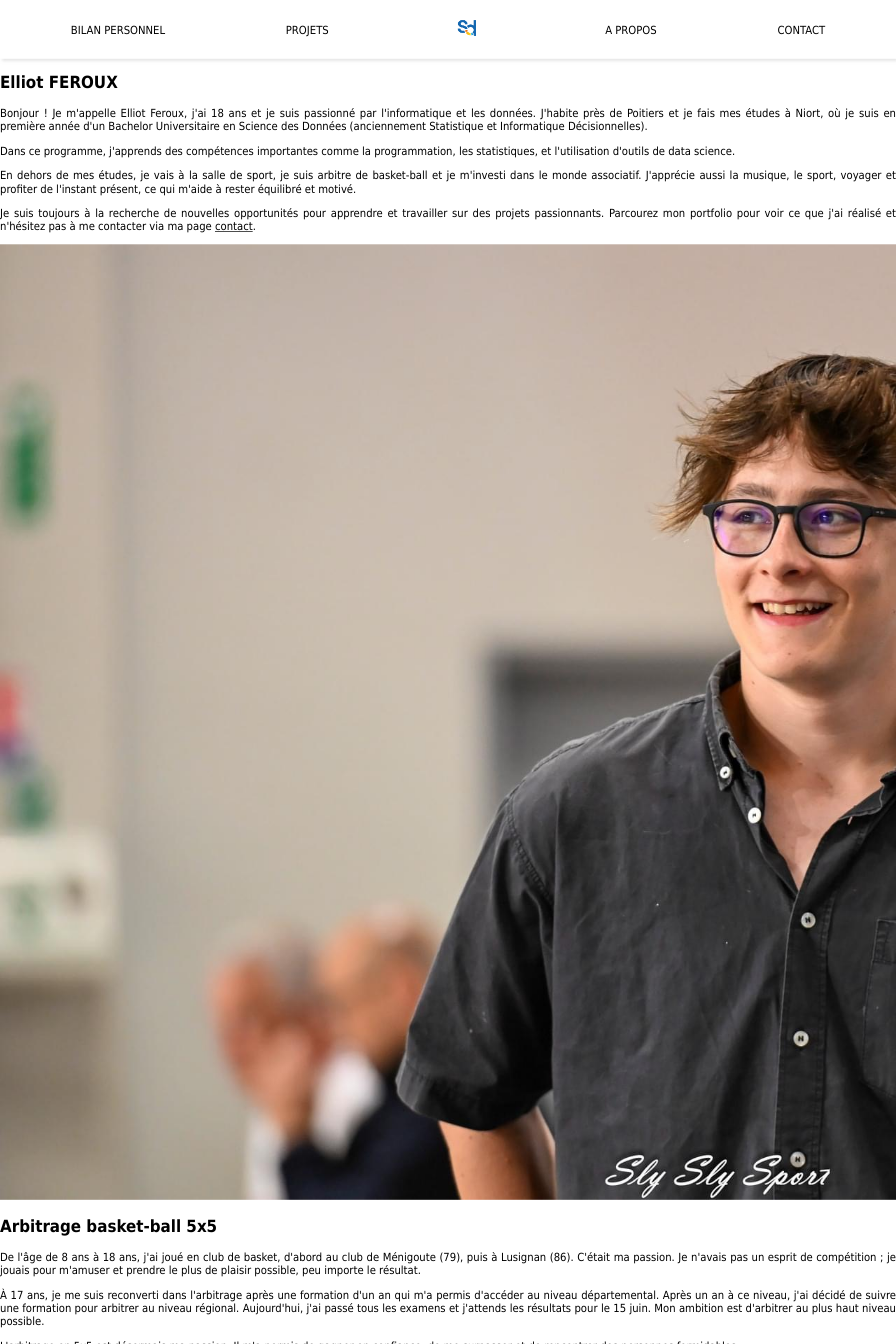
Repository: elliotfx/elliotfx.github.io
Page: html/apropos.html
An editor plug-in stored every save of this project. The page is shown before and after the next save, followed by the edit.
The browser window is 1280 px wide. The pictures show the part of the page from y = 0 to 1920 px (the page is 9859 px tall before and 4004 px after), at 70% of full size.

Above is the page before, as saved 2025-03-18 23:25:06.

After the next save:
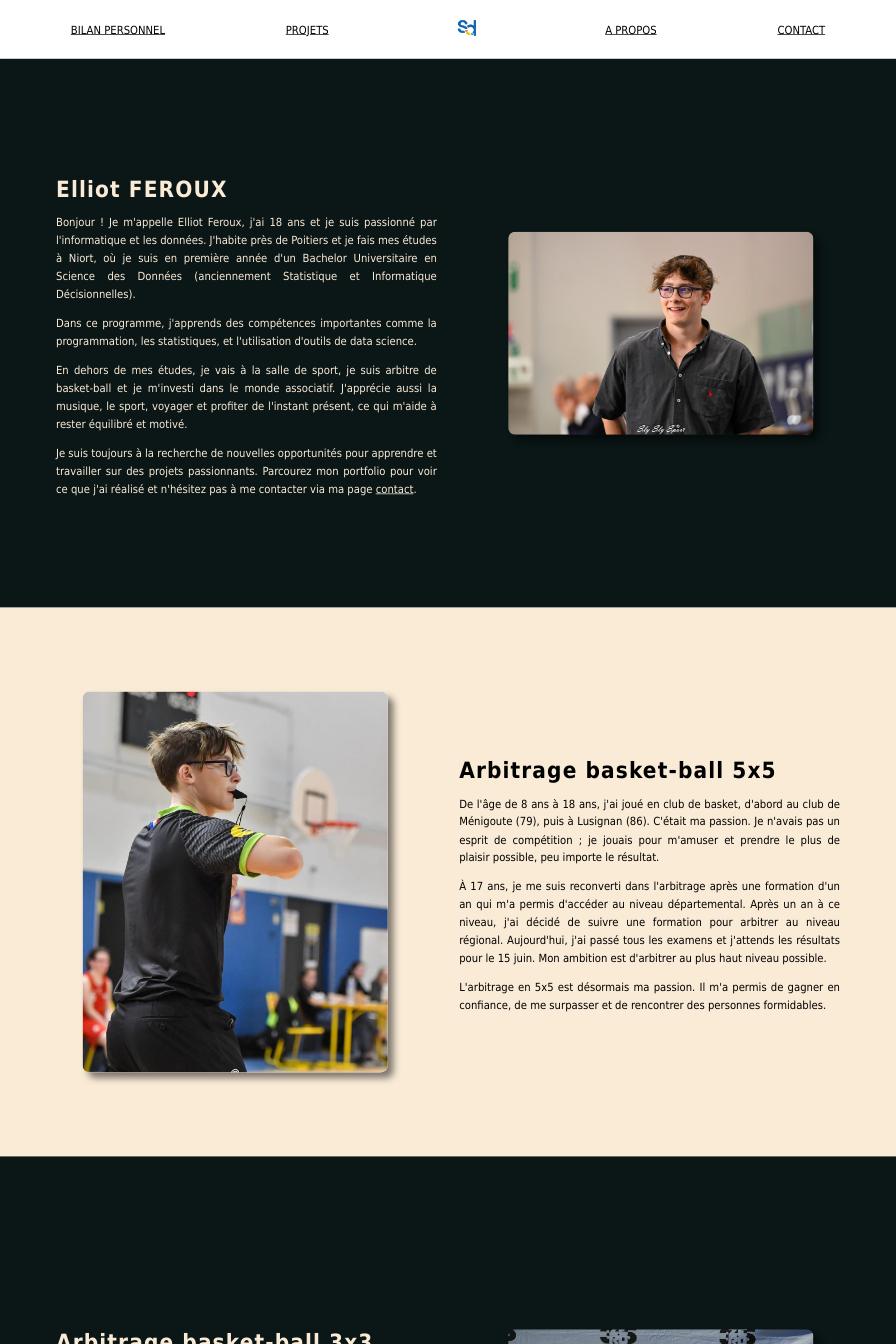
Saved 16 min 42 s later.
--- a/css/apropos.css
+++ b/css/apropos.css
@@ -1,113 +1,86 @@
 @import "navbar_stylesheet.css";
 
 body {
-    margin: 0;
-    padding: 0;
-    font-family: 'Tahoma', sans-serif;
+  margin: 0;
+  padding: 0;
+  font-family: 'Tahoma', sans-serif;
 }
 
-.noir2{
-    position: relative;
-    height: 100vh;
-    background-color: #0B1616;
-    color: antiquewhite;
+/* Style de base pour chaque section */
+.section {
+  min-height: 100vh;
+  display: flex;
+  align-items: center;
+  justify-content: center;
+  padding: 2rem 0;
 }
 
-.noir1 {
-    position: relative;
-    height: 100vh;
-    background-color: #0B1616;
-    color: antiquewhite;
+/* Fond sombre et texte clair */
+.section.noir {
+  background-color: #0B1616;
+  color: antiquewhite;
 }
 
-.blanc1 {
-    position: relative;
-    height: 100vh;
-    background-color: antiquewhite;
-    color: black;
+/* Fond clair et texte foncé */
+.section.blanc {
+  background-color: antiquewhite;
+  color: #000;
 }
 
-.trois,
-.presentation {
-    font-family: 'Tahoma';
-    width: 40%;
-    height: 70%;
-    top: 20%;
-    left: 10%;
-    position: absolute;
+/* Container central en flex */
+.container {
+  width: 90%;
+  max-width: 1200px;
+  display: flex;
+  flex-direction: row;
+  align-items: center;
+  justify-content: space-between;
+  gap: 2rem;
+  margin: auto;
 }
 
-.titre {
-    font-weight: bold;
-    letter-spacing: 0.5vh;
-    font-size: 300%;
+/* Inversion de l'ordre pour les sections paires */
+.section:nth-of-type(even) .container {
+  flex-direction: row-reverse;
 }
 
-p {
-    text-align: justify;
+/* Bloc de texte */
+.text-block {
+  width: 50%;
+  padding: 1rem;
 }
 
-.trois a,
-.cinq a,
-.contenu a {
-    color: inherit;
-    text-decoration: underline;
+/* Style du titre */
+.title {
+  font-weight: bold;
+  letter-spacing: 0.05em;
+  font-size: 2em;
+  margin-bottom: 1rem;
 }
 
-.contphoto1{
-    position: relative;
-    left: 58%;
-    top: 23%;
+/* Bloc image */
+.image-block {
+  width: 50%;
+  display: flex;
+  align-items: center;
+  justify-content: center;
 }
 
-.photo3{
-    position: relative;
-    width: 35%;
-    border-radius: 10px;
-    box-shadow: 8px 8px 10px 0 rgba(0, 0, 0, 0.5);
+.image-block img {
+  width: 80%;
+  height: auto;
+  border-radius: 10px;
+  box-shadow: 8px 8px 10px 0 rgba(0, 0, 0, 0.5);
 }
 
-.contphoto3{
-    position: relative;
-    left: 55%;
-    top: 20%;
+/* Style des liens */
+a {
+  color: inherit;
+  text-decoration: underline;
 }
 
-.photo1{
-    position: relative;
-    width: 35%;
-    height: auto;
-    border-radius: 10px;
-    box-shadow: 8px 8px 10px 0 rgba(0, 0, 0, 0.5);
+/* Mise en forme du contenu textuel */
+.contenu p {
+  text-align: justify;
+  line-height: 1.6;
 }
-
-.contphoto2{
-    position: relative;
-    top: -53%;
-    left: 10%;
-}
-
-.contphoto4{
-    position: relative;
-    width: 90%;
-    left: 10%;
-    top: -60%;
-}
-
-.photo2{
-    position: relative;
-    width: 30%;
-    height: auto;
-    border-radius: 10px;
-    box-shadow: 8px 8px 10px 0 rgba(0, 0, 0, 0.5);
-}
-
-.melu,
-.cinq{
-    font-family: 'Tahoma';
-    width: 40%;
-    height: 70%;
-    top: 20%;
-    left: 50%;
-    position: relative;
-}
